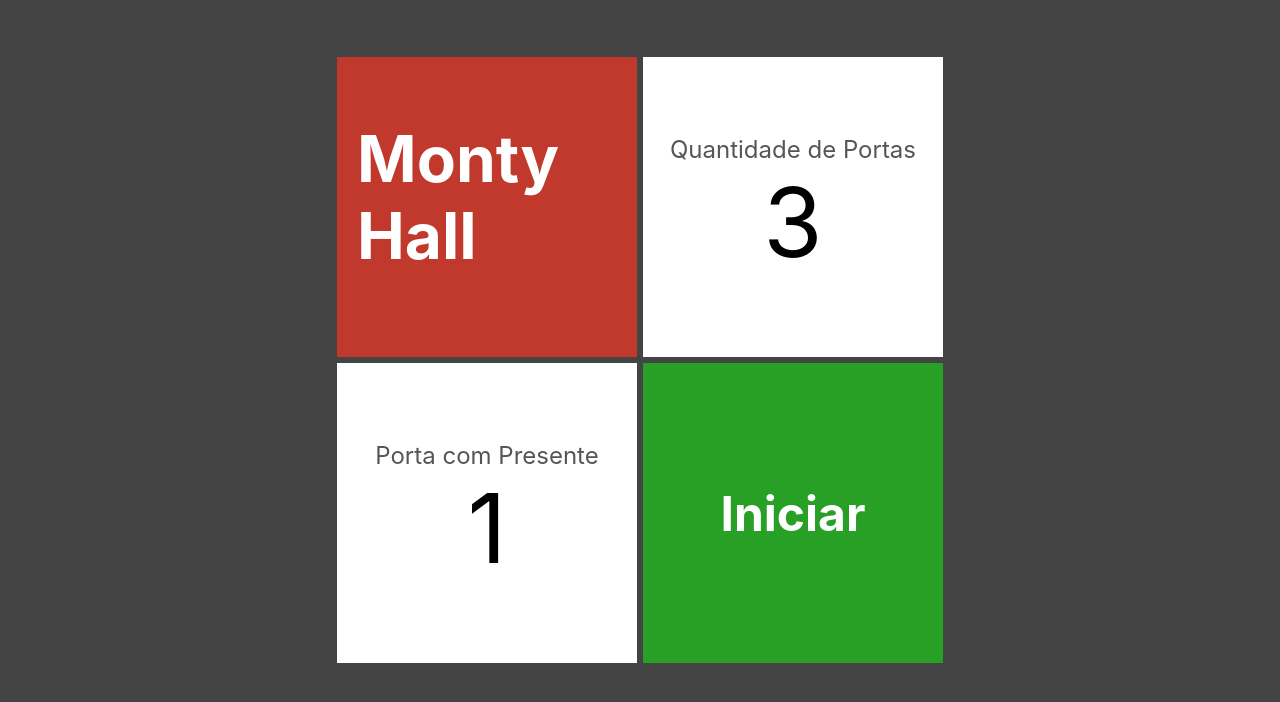
Repository: Mira757/Projeto-Porta-Premiada
Page: /
The author's editor kept a copy of each file at every save. The page is drawn from the files as they stood at one save, then again after a run of saves.
The browser window is 1280 px wide. The pictures show the whole page.
The project was rebuilt for these pictures with package versions that can differ from the ones it lists, and the page was loaded fresh each time. The framework's server and built-in components were replaced by stand-ins that run in the browser. Also part of the build but not shown: next.config.js.

Above is the page before, as saved 2022-03-22 19:07:39.

After the next 3 saves:
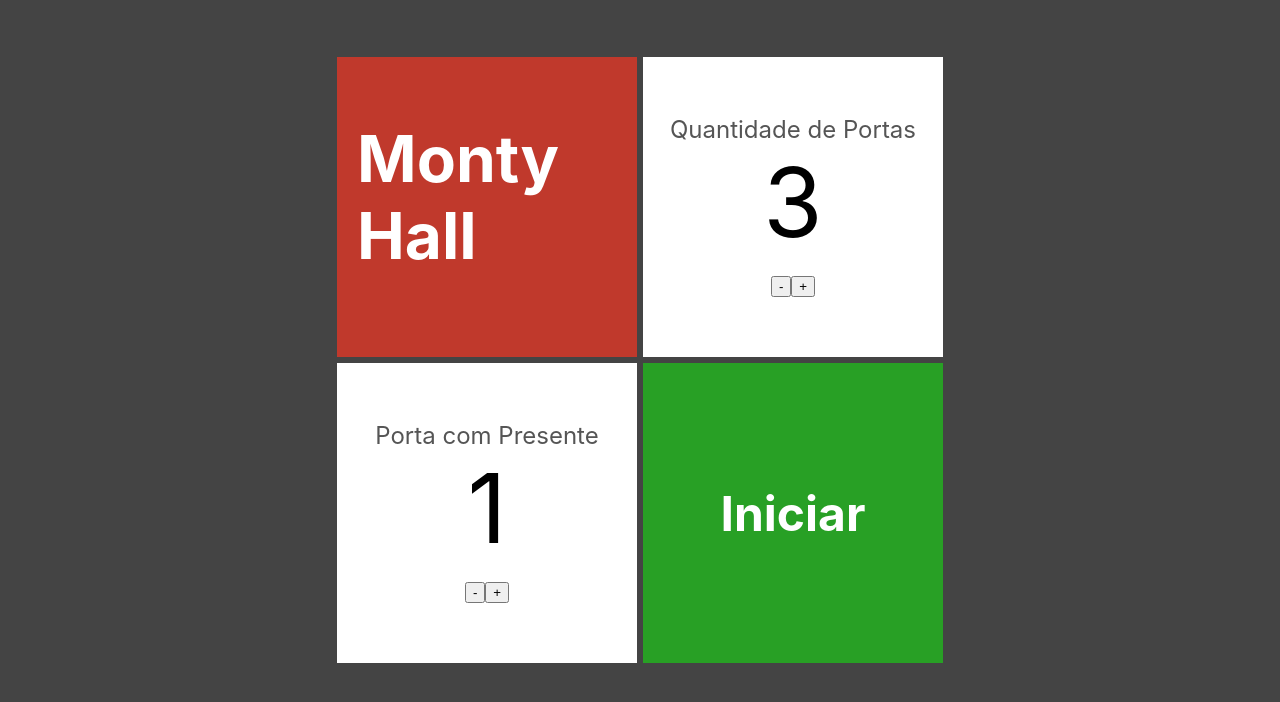
The 3 saves are shown as one change because 2 did not build or start.
The last was saved 3 min 11 s later.
--- a/components/EntradaNumerica.tsx
+++ b/components/EntradaNumerica.tsx
@@ -7,10 +7,18 @@ interface EntradaNumericaProps {
 }
 
 export default function EntradaNumerica(props: EntradaNumericaProps) {
+
+  const dec = () => props.onChange(props.value - 1)
+  const inc = () => props.onChange(props.value + 1)
+
   return (
     <div className={styles.entradaNumerica}>
       <span className={styles.text}>{props.text}</span>
       <span className={styles.value}>{props.value}</span>
+      <div>
+        <button className={styles.btn} onClick={dec}>-</button>
+        <button className={styles.btn} onClick={inc}>+</button>
+      </div>
     </div>
   )
 }
